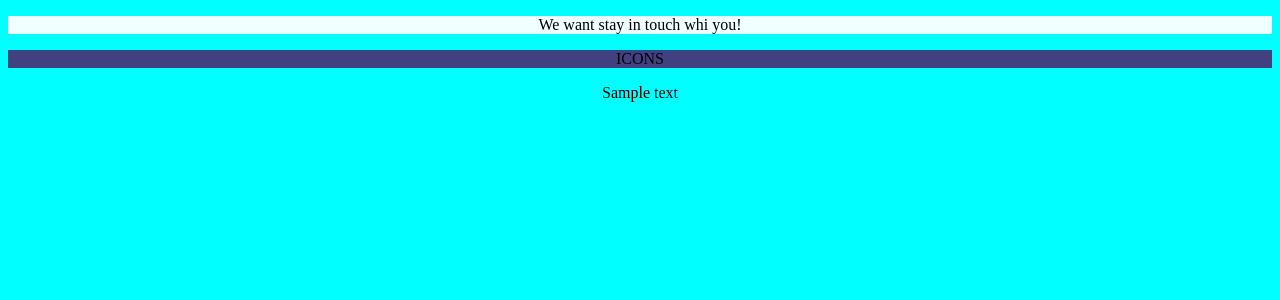
Repository: JhonMercedes/profile
Page: index.html
The author's editor kept a copy of each file at every save. The page is drawn from the files as they stood at one save, then again after the next save.
The browser window is 1280 px wide. The pictures show the whole page.

Above is the page before, as saved 2021-12-08 01:58:06.

After the next save:
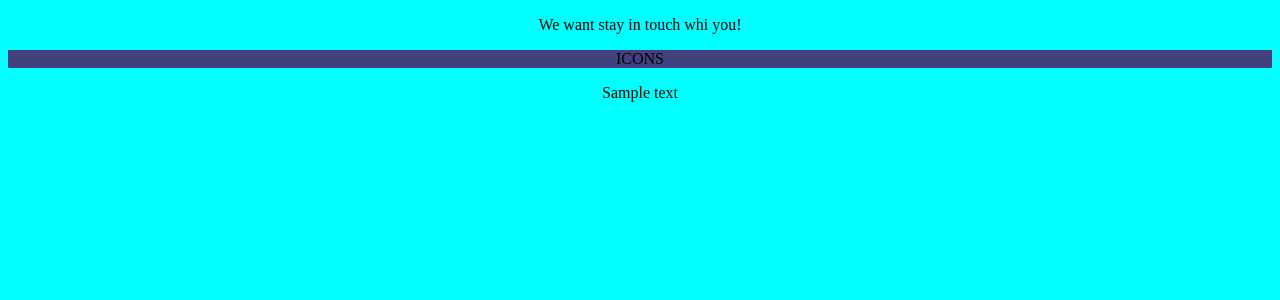
Saved 11 s later.
--- a/index.html
+++ b/index.html
@@ -9,7 +9,7 @@
 </head>
 <body>
 
-    <div class="container" style="background-color: azure;">
+    <div class="container">
         <p>We want stay in touch whi you!</p>
     </div>
     <div class="container2">
